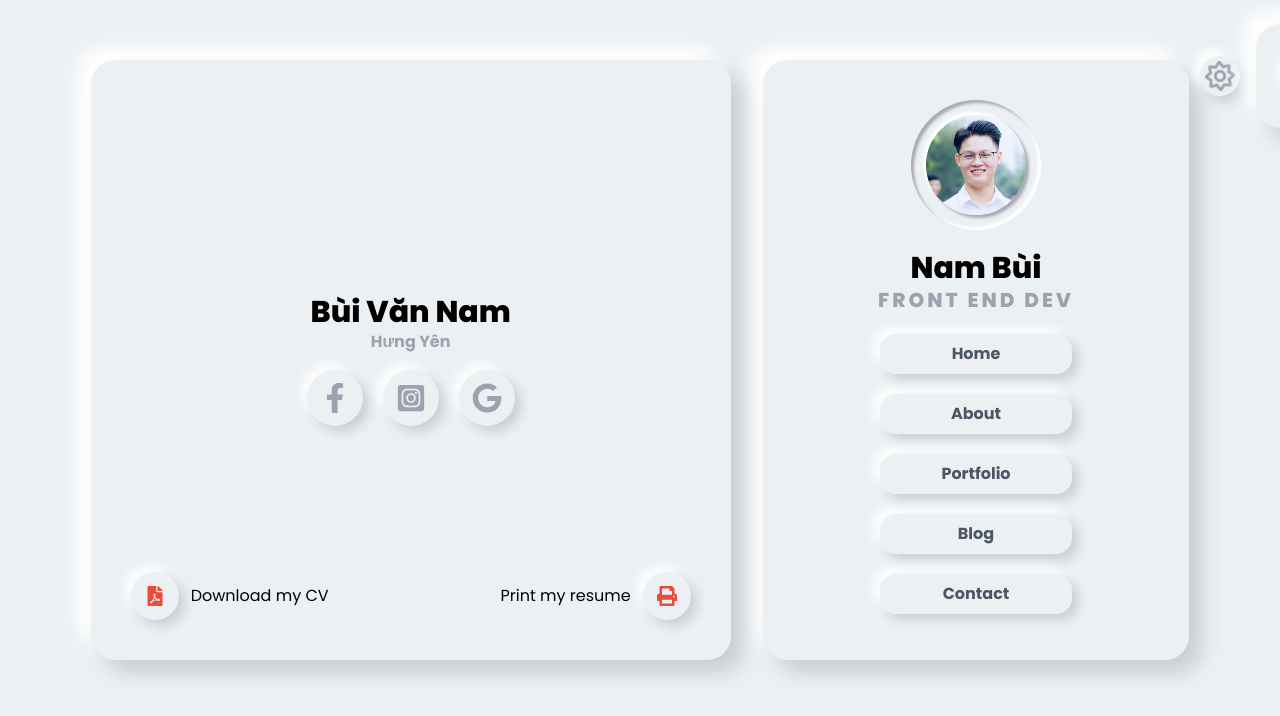
Repository: nambui98/profile_v2
Page: /contact
An editor plug-in stored every save of this project. The page is shown before and after the next save, followed by the edit.
The browser window is 1280 px wide. The pictures show the whole page.
The project was rebuilt for these pictures with package versions that can differ from the ones it lists, and the page was loaded fresh each time.

Above is the page before, as saved 2022-03-11 14:32:01.

### src/index.tsx
import React from 'react';
import ReactDOM from 'react-dom';
import './index.scss';
import App from './App';
import reportWebVitals from './reportWebVitals';
import { ThemeProvider } from './containers/ThemeContext';
import Background from './containers/Background';
import Toggle from './containers/ThemeToggle';
import Setting from './containers/Setting';
import { Example } from './components/menu/example';

ReactDOM.render(
  <React.StrictMode>
    <ThemeProvider>
      <Background>
        <div className="fixed right-0 top-0 mr-4 mt-2 md:mt-6 z-10">
          <Setting />
        </div>
        <Example />
        <App />
      </Background>
    </ThemeProvider>
  </React.StrictMode>,
  document.getElementById('root')
);

// If you want to start measuring performance in your app, pass a function
// to log results (for example: reportWebVitals(console.log))
// or send to an analytics endpoint. Learn more: https://bit.ly/CRA-vitals
reportWebVitals();

### src/index.scss
@tailwind base;
@tailwind components;
@tailwind utilities;
@import url('https://fonts.googleapis.com/css2?family=Poppins:wght@100;200;300;400;500;600;700;800;900&display=swap');
* {
    padding: 0;
    margin: 0;
}
@layer utilities {
    .btn-shadow{
    box-shadow: 6px 6px 12px #cbced1,
             -6px -6px 12px #ffffff;
    // width: 50px;
    // height: 50px;
    cursor: pointer;
    position: relative;
    display: flex;
    justify-content: center;
    align-items: center;
    outline:none;
    -webkit-tap-highlight-color: transparent;
    &:focus{
         outline:none;
         border-radius: 50%;
    }
    svg{
        transition: all 0.3s ease-in-out;
    }
    &::after{
        content: '';
        transition: opacity 0.3s ease-in-out;
        position: absolute;
        right: 0;
        top: 0;
        z-index: 2;
        width: 100%;
        height: 100%;
        opacity: 0;
        border-radius: inherit;
        outline:none;
        box-shadow:inset 6px 6px 12px #cbced1,
                inset -6px -6px 12px #fff;

    }
    &.fb{
        &:hover{
            box-shadow:none;
            &::after{
                opacity: 1;
            }
            svg{
                fill: #4267B2;
            }
        }
    }
     &.itg{
        &:hover{
            box-shadow:none;
            &::after{
                opacity: 1;
            }
            svg{
                fill: #e74c3c;
            }
        }
    }
    &.gg{
        &:hover{
            box-shadow:none;
            &::after{
                opacity: 1;
            }
            svg{
                fill: #4267B2;
            }
        }
    }
    &:hover{
        box-shadow:none;
        &::after{
            opacity: 1;
        }
        svg{
            fill: #e74c3c;
        }
    }
    &-dark{
        box-shadow: 5px 5px 10px #202020,
             -5px -5px 10px #2c2c2c;
        &::after{
            box-shadow:inset 5px 5px 10px #202020,
        inset -5px -5px 10px #2c2c2c;
        }
        &-50{
            box-shadow:  4px 4px 8px #202020,
                        -4px -4px 8px #2c2c2c;
                        &::after{
            box-shadow:inset 5px 5px 10px #202020,
        inset -5px -5px 10px #2c2c2c;

        }
         &:hover{
        box-shadow:none;
        &::after{
            opacity: 1;
        }
        svg{
            fill: #e74c3c;
        }
    }
        }
         &:hover{
        box-shadow:none;
        &::after{
            opacity: 1;
        }
        svg{
            fill: #e74c3c;
        }
    }
    }
}

.btn-shadow-darklight{
    box-shadow: 3px 3px 8px #b1b1b1,
                -3px -3px 8px #fff;
    // width: 50px;
    // height: 50px;
    cursor: pointer;
    position: relative;
    display: flex;
    justify-content: center;
    align-items: center;
    transition: all 0.3s ease-in-out;
    svg{
        transition: all 0.3s ease-in-out;
    }
    &::after{
        content: '';
        position: absolute;
        right: 0;
        top: 0;
        z-index: 2;
        width: 100%;
        height: 100%;
        opacity: 0;
        border-radius: 50%;
        box-shadow:inset 3px 3px 8px #b1b1b1,
                inset -3px -3px 8px #fff;

    }
    &:hover{
        box-shadow:none;
        &::after{
            opacity: 1;
        }
        svg{
            &.light{

                fill: #FCD34D;
            }
            &.dark{
                fill: #000;

            }
        }
    }
}
.wrap-avatar{
    display: flex;
    align-items: center;
    justify-content: center;
    width: 130px;
    height: 130px;
    border: none;
    border-radius: 50%;
    margin: 0 auto;
    box-shadow:
    inset 3px 3px 3px #a7aaaf,
    /* top left */
    inset -3px -3px 3px #fff;
    &-dark{
        box-shadow: inset 5px 5px 10px #202020, inset -5px -5px 10px #2c2c2c;
        img{
            box-shadow: 5px 5px 10px #202020,
             -5px -5px 10px #2c2c2c;
        }
    }
    .avatar{
        position: relative;
        // margin: 30px;
        width: 100px;
        height: 100px;
        img{
            position: absolute;
            top: 0;
            left: 0;
            height: 100%;
            width: 100%;
            object-fit: cover;
            border-radius: 50%;
            box-shadow:
            3px 3px 3px #a7aaaf,
            -3px -3px 3px #fff
        }
    }
}
.t-8{
    top:2rem;
}
}
.bg-app{
    background-color: #ecf0f3;
}





.setting{
    position: absolute !important;
}
.btn-shadow_action{
    border: none;
    color: #090909;
    padding: 0.7em 1.7em;
    font-size: 18px;
    border-radius: 0.5em;
    background: #ecf0f3;
    border: 1px solid #e8e8e8;
    transition: all .3s;
    box-shadow: 6px 6px 12px #c5c5c5,
                -6px -6px 12px #ffffff;
                &:hover{
                    color: #666;
 box-shadow: inset 4px 4px 12px #c5c5c5,
             inset -4px -4px 12px #ffffff;
                }
}

### src/App.tsx
import React from 'react';
import logo from './logo.svg';
import { FaFacebookF, FaFilePdf, FaGoogle, FaInstagram, FaInstagramSquare, FaPrint, FaRegSun } from "react-icons/fa";
import './App.scss';
import { Avatar } from './assets';
const colors = require('tailwindcss/colors')
function App() {
  return (
    <div className="App">
      <div className="flex h-screen w-screen items-center justify-center">
        <div className="flex w-full items-start justify-center" style={{ height: "600px" }}>
          <div className="relative rounded-3xl md:w-6/12 sm:w-10/12 smx:w-10/12 p-6 h-full mx-4 bg-app dark:bg-neutral-800 shadow-3xl dark:shadow-3xl-dark flex justify-center items-center flex-col">
            <h1 className="text-black dark:text-white text-3xl text-center font-extrabold">Bùi Văn Nam</h1>
            <p className="text-gray-400 dark:text-white tracking-widest font-bold">Hưng Yên</p>
            <div className="flex mt-4">
              <a href='https://www.facebook.com/songoku.bui/' target="_blank" className="btn-shadow dark:btn-shadow-dark fb rounded-full text-center w-14 h-14"><FaFacebookF className="text-3xl" fill={colors.coolGray[400]} /></a>
              <a href='https://www.instagram.com/nambui27/' target="_blank" className="btn-shadow dark:btn-shadow-dark itg rounded-full text-center w-14 h-14 mx-5"><FaInstagramSquare className="text-3xl" fill={colors.coolGray[400]} /></a>
              <a href='mailto:bvnam98@gmail.com' target="_blank" className="btn-shadow dark:btn-shadow-dark gg rounded-full text-center w-14 h-14"><FaGoogle className="text-3xl" fill={colors.coolGray[400]} /></a>
            </div>
            <div className="absolute bottom-10 2xl:right-20 2xl:left-20 md:right-10 md:left-10 flex items-center justify-between">
              <span className="flex items-center">
                <a
                  href='https://www.topcv.vn/xem-cv/UwJcB1FVVgBUCw5SAlpSBAtTBFJVXwlUVwJTVw0902'
                  className="btn-shadow dark:btn-shadow-dark rounded-full text-center w-12 h-12"
                ><FaFilePdf className="text-xl" fill={"#e74c3c"} />
                </a>
                <span className="ml-3 dark:text-white">Download my CV</span></span>
              <span className="flex flex-row-reverse items-center"><button className="btn-shadow dark:btn-shadow-dark rounded-full text-center w-12 h-12"><FaPrint className="text-xl" fill={"#e74c3c"} /></button><span className="mr-3 dark:text-white">Print my resume</span></span>
            </div>
          </div>
          <div className="rounded-3xl w-4/12 md:flex sm:hidden smx:hidden h-full mx-4 bg-app shadow-3xl dark:bg-neutral-800 dark:shadow-3xl-dark flex items-center flex-col py-10 px-6">
            <div className="wrap-avatar dark:wrap-avatar-dark">
              <div className="avatar">
                <img src={Avatar} alt="" />
              </div>
            </div>
            <h1 className="text-black dark:text-white font-extrabold tracking-widest text-3xl mt-5">Nam Bùi</h1>
            <h1 className="text-gray-400 dark:text-white font-extrabold tracking-max text-xl">FRONT END DEV</h1>
            <ul>
              <li className="text-gray-600 dark:text-white font-bold btn-shadow dark:btn-shadow-dark w-48 h-10 rounded-2xl mt-5">Home</li>
              <li className="text-gray-600 dark:text-white font-bold btn-shadow dark:btn-shadow-dark w-48 h-10 rounded-2xl mt-5">About</li>
              <li className="text-gray-600 dark:text-white font-bold btn-shadow dark:btn-shadow-dark w-48 h-10 rounded-2xl mt-5">Portfolio</li>
              <li className="text-gray-600 dark:text-white font-bold btn-shadow dark:btn-shadow-dark w-48 h-10 rounded-2xl mt-5">Blog</li>
              <li className="text-gray-600 dark:text-white font-bold btn-shadow dark:btn-shadow-dark w-48 h-10 rounded-2xl mt-5">Contact</li>
            </ul>
          </div>

        </div>
      </div>
    </div>
  );
}

export default App;

### src/containers/ThemeContext/index.tsx
import React, { createContext, useContext } from 'react';
export enum Theme {
    Dark = 'Dark',
    Light = 'Light',
}

export type ThemeContextType = {
    theme: Theme;
    setTheme: (Theme: Theme) => void;
}
const getInitialTheme = () => {
    if (typeof window !== 'undefined' && window.localStorage) {
        const storedPrefs = window.localStorage.getItem('color-theme');
        if (typeof storedPrefs === 'string') {
            return storedPrefs;
        }

        const userMedia = window.matchMedia('(prefers-color-scheme: dark)');
        if (userMedia.matches) {
            return 'dark';
        }
    }

    return 'light' // light theme as the default;
};

export const ThemeContext = createContext<ThemeContextType>({ theme: Theme.Dark, setTheme: theme => console.warn('no theme provider') });
export const useTheme = () => useContext(ThemeContext);
export const ThemeProvider = ({ initialTheme, children }: any) => {
    const [theme, setTheme] = React.useState<any>(getInitialTheme);

    const rawSetTheme = (rawTheme: any) => {
        const root = window.document.documentElement;
        const isDark = rawTheme === 'dark';

        root.classList.remove(isDark ? 'light' : 'dark');
        root.classList.add(rawTheme);

        localStorage.setItem('color-theme', rawTheme);
    };

    if (initialTheme) {
        rawSetTheme(initialTheme);
    }

    React.useEffect(() => {
        rawSetTheme(theme);
    }, [theme]);

    return (
        <ThemeContext.Provider value={{ theme, setTheme }}>
            {children}
        </ThemeContext.Provider>
    );
};

### src/containers/Background/index.jsx
import React from 'react';

const Background = ({ children }) => {
    return (
        <body className="bg-app dark:bg-neutral-800 transition-all">
            {children}
        </body>
    )
}

export default Background;

### src/containers/Setting/index.jsx
import React, { useState } from 'react'
import { FaMoon, FaRegSun, FaSun } from 'react-icons/fa'
import colors from 'tailwindcss/colors'
import { ThemeContext } from '../ThemeContext';
import vietnamimg from '../../assets/img/vietnam.png'
import usaimg from '../../assets/img/united-states.png'
export default function Setting() {
    const { theme, setTheme } = React.useContext(ThemeContext);
    const [active, setActive] = useState(false)
    return (<div className={`relative transform duration-500 ${active ? "translate-x-0" : "translate-x-40"}`}>
        <button className="btn-shadow dark:btn-shadow-dark-50 bg-app dark:bg-neutral-800 setting -left-56 top-8 rounded-full text-center w-10 h-10" onClick={() => setActive(!active)}>
            <FaRegSun class="animate-spin duration-1000 text-3xl" style={{ animationDuration: "2s" }} fill={colors.coolGray[400]} />
        </button>
        <div className={`absolute top-0 right-0 rounded-3xl flex justify-between p-7 shadow-3xl bg-app dark:bg-neutral-800 dark:shadow-3xl-dark`} >
            {/* <div className={`absolute `}> */}

            <button className="mr-2 btn-shadow dark:btn-shadow-dark-50 btn-setting rounded-full text-center w-12 h-12" onClick={() => setTheme(theme === 'dark' ? 'light' : 'dark')}>
                {theme === 'dark' ? (
                    <FaSun
                        className="text-gray-500 dark:text-gray-400 text-2xl cursor-pointer dark"
                    />
                ) : (
                    <FaMoon
                        className="text-gray-500 dark:text-gray-400 text-2xl cursor-pointer light"
                    />
                )}
            </button>
            <button className="ml-2 btn-setting rounded-full text-center w-12 h-12">
                <img src={vietnamimg} alt="" />
                {/* <FaRegSun class="animate-spin duration-1000 text-3xl" style={{ animationDuration: "2s" }} fill={colors.coolGray[400]} /> */}
            </button>
            {/* </div> */}
        </div>
    </div>
    )
}

### src/components/menu/example.jsx
import * as React from "react";
import { useRef } from "react";
import { motion, useCycle } from "framer-motion";
import { useDimensions } from "./use-dimentions";
import { MenuToggle } from "./menuToggle";
import { Navigation } from "./navigation";
import "./styles.scss"

const sidebar = {
  open: (height = 1000) => ({
    clipPath: `circle(${height * 2 + 200}px at 40px 40px)`,
    transition: {
      type: "spring",
      stiffness: 20,
      restDelta: 2
    }
  }),
  closed: {
    clipPath: "circle(30px at 40px 40px)",
    transition: {
      delay: 0.5,
      type: "spring",
      stiffness: 400,
      damping: 40
    }
  }
};

export const Example = () => {
  const [isOpen, toggleOpen] = useCycle(false, true);
  const containerRef = useRef(null);
  const { height } = useDimensions(containerRef);

  return (
    <motion.nav
      initial={false}
      animate={isOpen ? "open" : "closed"}
      custom={height}
      className="menu dark:menu-dark sm:block md:hidden"
      ref={containerRef}
    >
      <motion.div className="background" variants={sidebar} />
      <Navigation />
      <MenuToggle toggle={() => toggleOpen()} />
    </motion.nav>
  );
};

### src/assets/index.ts
import Avatar from './img/Logo.jpg'
export {
    Avatar
}

### src/components/menu/menuToggle.jsx
import * as React from "react";
import { motion } from "framer-motion";
import { ThemeContext } from "../../containers/ThemeContext";

const Path = props => {
  const { theme, setTheme } = React.useContext(ThemeContext);
  return (

    <motion.path
      fill=""
      strokeWidth="3"
      stroke={theme === 'dark' ? "#fff" : "#262626"}
      strokeLinecap="round"
      {...props}
    />
  )
};

export const MenuToggle = ({ toggle }) => (
  <button onClick={toggle} className="btn-shadow dark:btn-shadow-dark t-8">
    <svg width="23" height="23" viewBox="0 0 23 23" fill="#fff">
      <Path
        fill="#fff"
        variants={{
          closed: { d: "M 2 2.5 L 20 2.5" },
          open: { d: "M 3 16.5 L 17 2.5" }
        }}
      />
      <Path
        d="M 2 9.423 L 20 9.423"
        variants={{
          closed: { opacity: 1 },
          open: { opacity: 0 }
        }}
        transition={{ duration: 0.1 }}
      />
      <Path
        variants={{
          closed: { d: "M 2 16.346 L 20 16.346" },
          open: { d: "M 3 2.5 L 17 16.346" }
        }}
      />
    </svg>
  </button>
);

### src/components/menu/navigation.jsx
import * as React from "react";
import { motion } from "framer-motion";
import { MenuItem } from "./menuItem";

const variants = {
  open: {
    transition: { staggerChildren: 0.07, delayChildren: 0.2 }
  },
  closed: {
    transition: { staggerChildren: 0.05, staggerDirection: -1 }
  }
};

export const Navigation = () => (
  <motion.ul className="" variants={variants}>
    {itemIds.map((item, index) => (
      <MenuItem i={index} key={index} item={item} />
    ))}
  </motion.ul>
);

const itemIds = [
  {
    path: "/",
    name: "Home"
  },
  {
    path: "/",
    name: "About"
  },
  {
    path: "/",
    name: "Portfolio"
  },
  {
    path: "/",
    name: "Blog"
  },
  {
    path: "/",
    name: "Contact"
  },
];

### src/components/menu/styles.scss
@tailwind base;
@tailwind components;
@tailwind utilities;
@layer utilities {

  .menu{
      nav {
        position: absolute;
        top: 0;
        left: 0;
        bottom: 0;
        width: 300px;

      }
      &-dark{
        .background{

          background: #262626;

          box-shadow: 3px 3px 8px #202020,-3px -3px 8px #2c2c2c ;
        }
        button{
          box-shadow: 5px 5px 10px #202020,
                  -5px -5px 10px #2c2c2c;
          // color:#fff
          background: #262626;
        }
      }
      .background {
        position: absolute;
        top: 0;
        left: 0;
        bottom: 0;
        z-index: 1;
        width: 300px;
        background: #ecf0f3;

        box-shadow: 3px 3px 8px #b1b1b1,
                  -3px -3px 8px #fff;

      }

      button {
        outline: none;
        box-shadow: 3px 3px 8px #b1b1b1,
                  -3px -3px 8px #fff;
        border: none;
        -webkit-user-select: none;
        -moz-user-select: none;
        -ms-user-select: none;
        cursor: pointer;
        position: absolute;
        // top: 18px;
        left: 15px;
        width: 50px;
        height: 50px;
        border-radius: 50%;
        z-index: 2;
        background: #ecf0f3;
        display: flex;
        align-items: center;
        justify-content: center;
      }

      ul,
      li {
        margin: 0;
        padding: 0;
      }

      ul {
        padding: 25px;
        position: absolute;
        top: 100px;
        width: 230px;
        z-index: 2;
      }

      li {
        list-style: none;
        margin-bottom: 20px;
        display: flex;
        align-items: center;
        cursor: pointer;
      }

      .icon-placeholder {
        width: 40px;
        height: 40px;
        border-radius: 50%;
        flex: 40px 0;
        margin-right: 20px;
      }

      .text-placeholder {
        border-radius: 5px;
        width: 200px;
        padding: 8px 20px;
        flex: 1;
      }

      .refresh {
        padding: 10px;
        position: absolute;
        background: rgba(0, 0, 0, 0.4);
        border-radius: 10px;
        width: 20px;
        height: 20px;
        top: 10px;
        right: 10px;
        display: flex;
        justify-content: center;
        align-items: center;
        cursor: pointer;
      }

  }
}

### src/components/menu/menuItem.jsx
import * as React from "react";
import { motion } from "framer-motion";

const variants = {
  open: {
    y: 0,
    opacity: 1,
    transition: {
      y: { stiffness: 1000, velocity: -100 }
    }
  },
  closed: {
    y: 50,
    opacity: 0,
    transition: {
      y: { stiffness: 1000 }
    }
  }
};

const colors = ["#FF008C", "#D309E1", "#9C1AFF", "#7700FF", "#4400FF"];

export const MenuItem = ({ i, item }) => {
  const style = { border: `2px solid ${colors[i]}` };
  return (
    <motion.li
      variants={variants}
      whileHover={{ scale: 1.1 }}
      whileTap={{ scale: 0.95 }}
    >
      {/* <div className="icon-placeholder" style={style} /> */}
      <div className="text-placeholder" style={style}>{item.name}</div>
    </motion.li>
  );
};

Loaded but not shown: public/index.html (common file); src/reportWebVitals.ts (common file); src/App.scss (common file); src/components/menu/use-dimentions.js (common file); tailwind.config.js (37 lines, source omitted)

After the next save:
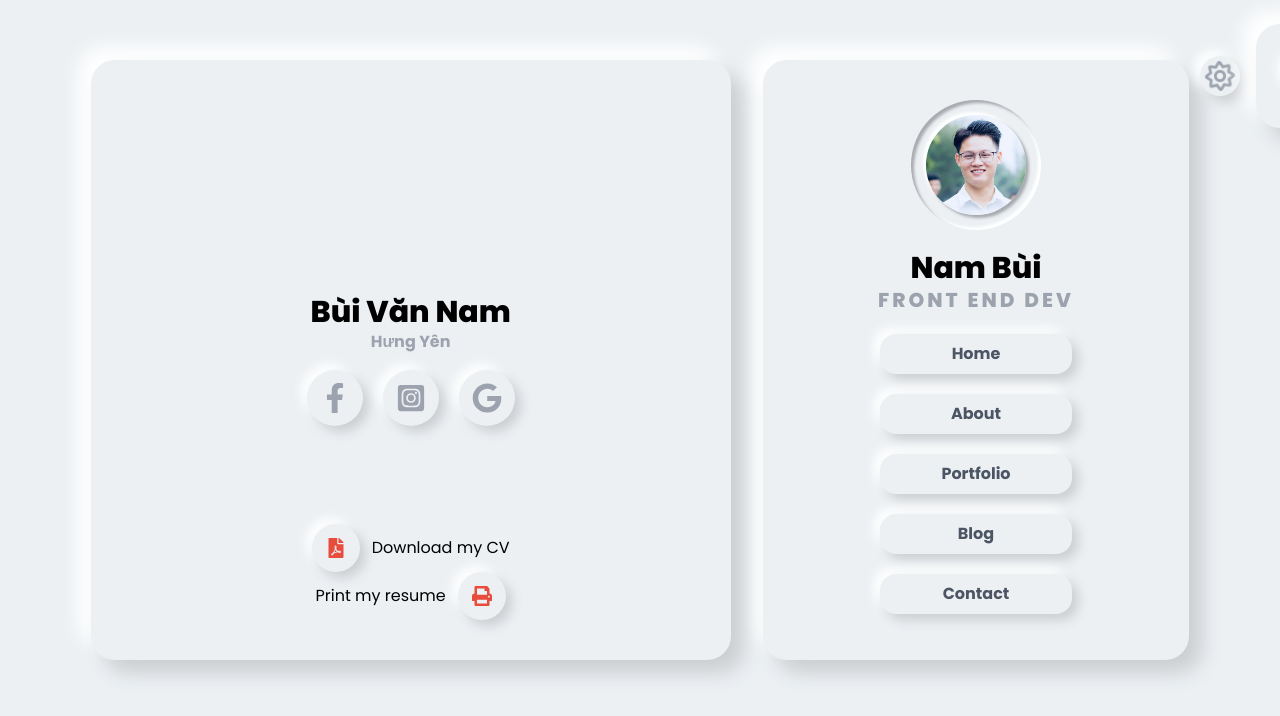
Saved 3 min 3 s later.
--- a/src/App.tsx
+++ b/src/App.tsx
@@ -17,7 +17,7 @@
               <a href='https://www.instagram.com/nambui27/' target="_blank" className="btn-shadow dark:btn-shadow-dark itg rounded-full text-center w-14 h-14 mx-5"><FaInstagramSquare className="text-3xl" fill={colors.coolGray[400]} /></a>
               <a href='mailto:bvnam98@gmail.com' target="_blank" className="btn-shadow dark:btn-shadow-dark gg rounded-full text-center w-14 h-14"><FaGoogle className="text-3xl" fill={colors.coolGray[400]} /></a>
             </div>
-            <div className="absolute bottom-10 2xl:right-20 2xl:left-20 md:right-10 md:left-10 flex items-center justify-between">
+            <div className="absolute bottom-10 2xl:right-20 2xl:left-20 md:right-10 md:left-10 md:flex-col flex items-center justify-between">
               <span className="flex items-center">
                 <a
                   href='https://www.topcv.vn/xem-cv/UwJcB1FVVgBUCw5SAlpSBAtTBFJVXwlUVwJTVw0902'

After the save that followed:
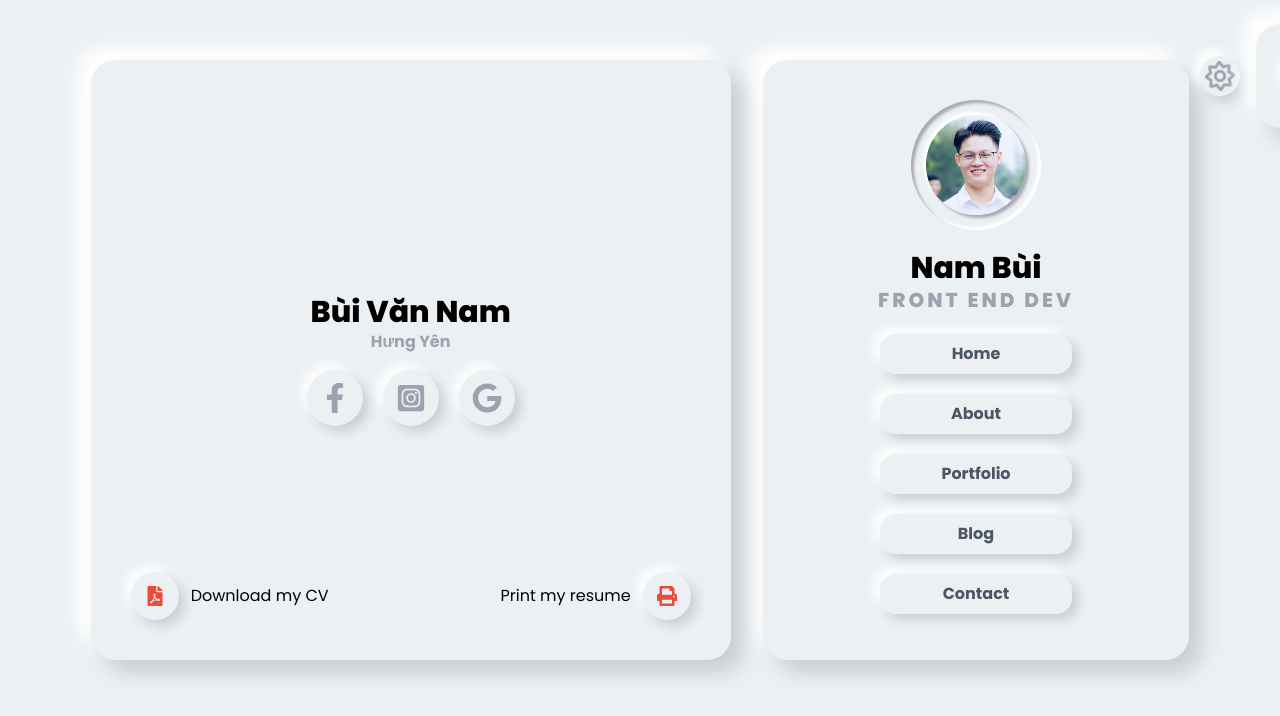
Saved 18 s later.
--- a/src/App.tsx
+++ b/src/App.tsx
@@ -17,7 +17,7 @@
               <a href='https://www.instagram.com/nambui27/' target="_blank" className="btn-shadow dark:btn-shadow-dark itg rounded-full text-center w-14 h-14 mx-5"><FaInstagramSquare className="text-3xl" fill={colors.coolGray[400]} /></a>
               <a href='mailto:bvnam98@gmail.com' target="_blank" className="btn-shadow dark:btn-shadow-dark gg rounded-full text-center w-14 h-14"><FaGoogle className="text-3xl" fill={colors.coolGray[400]} /></a>
             </div>
-            <div className="absolute bottom-10 2xl:right-20 2xl:left-20 md:right-10 md:left-10 md:flex-col flex items-center justify-between">
+            <div className="absolute bottom-10 2xl:right-20 2xl:left-20 md:right-10 md:left-10 flex items-center justify-between">
               <span className="flex items-center">
                 <a
                   href='https://www.topcv.vn/xem-cv/UwJcB1FVVgBUCw5SAlpSBAtTBFJVXwlUVwJTVw0902'
